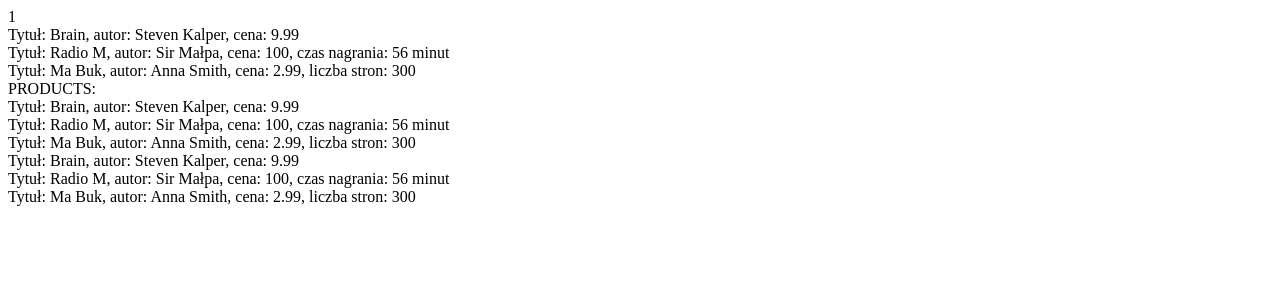
Repository: wojciechDrozd/php
Page: http://localhost/ShopProduct.php
These files come from the project's save history. The page is drawn as it stood at one moment and after the next save; the edit follows.
The browser window is 1280 px wide. The pictures show the whole page.
The page is run by PHP 8.4 with error messages shown; the project is at /var/www/html/.

Above is the page before, as saved 2017-03-04 14:24:20.

After the next save:
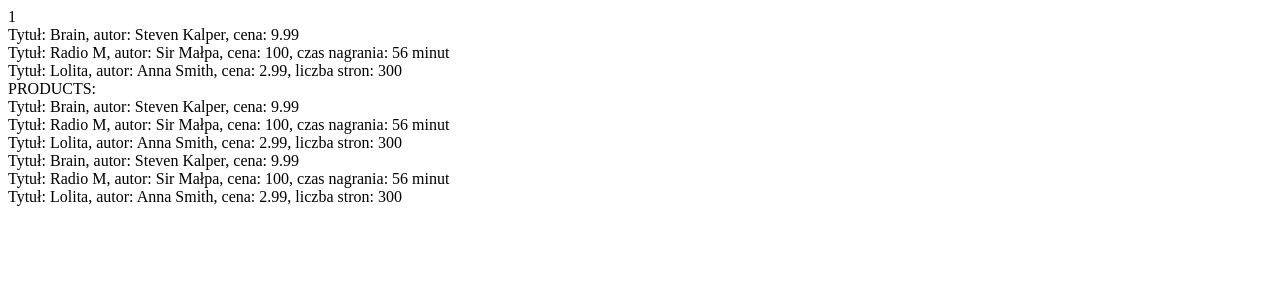
Saved 27 s later.
--- a/Shop/ShopProduct.php
+++ b/Shop/ShopProduct.php
@@ -138,7 +138,7 @@ print "{$shopProduct->getSummaryLine()}"."<br>";
 $cdProduct = new CdProduct("Radio M", "Sir", "Małpa", 100, 56);
 print $cdProduct->getSummaryLine()."<br>";
 
-$bookProduct = new BookProduct("Ma Buk", "Anna", "Smith", 2.99, 300);
+$bookProduct = new BookProduct("Lolita", "Anna", "Smith", 2.99, 300);
 print $bookProduct->getSummaryLine()."<br>";
 
 $mywriter = new TextProductWriter();
